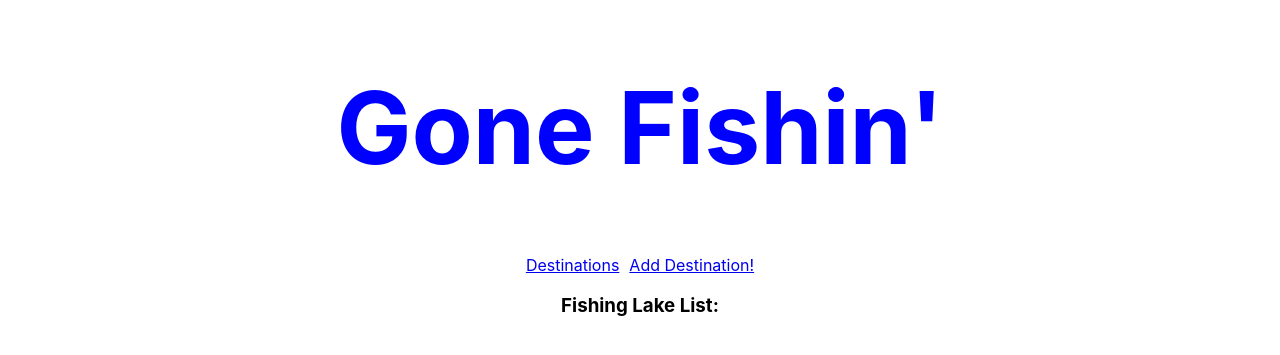
Repository: randysteele/gonefishin-frontend
Page: /destinations (app in gone-fishin-frontend/)
An editor plug-in stored every save of this project. The page is shown before and after the next save, followed by the edit.
The browser window is 1280 px wide. The pictures show the whole page.
The page's requests for data from a server got no answer. The project was rebuilt for these pictures with package versions that can differ from the ones it lists, and the page was loaded fresh each time. No one was signed in, and anything a server would have sent is missing. Also part of the build but not shown: gone-fishin-frontend/src/actions/addDestination.js, gone-fishin-frontend/src/components/DestinationsInput.js, gone-fishin-frontend/src/actions/addFeature.js, gone-fishin-frontend/src/components/FeaturesInput.js, gone-fishin-frontend/src/actions/deleteFeature.js, gone-fishin-frontend/src/components/FeaturesList.js, gone-fishin-frontend/src/containers/FeaturesContainer.js, gone-fishin-frontend/src/actions/editDestination.js and 6 more.

Above is the page before, as saved 2020-08-09 14:52:17.

After the next save:
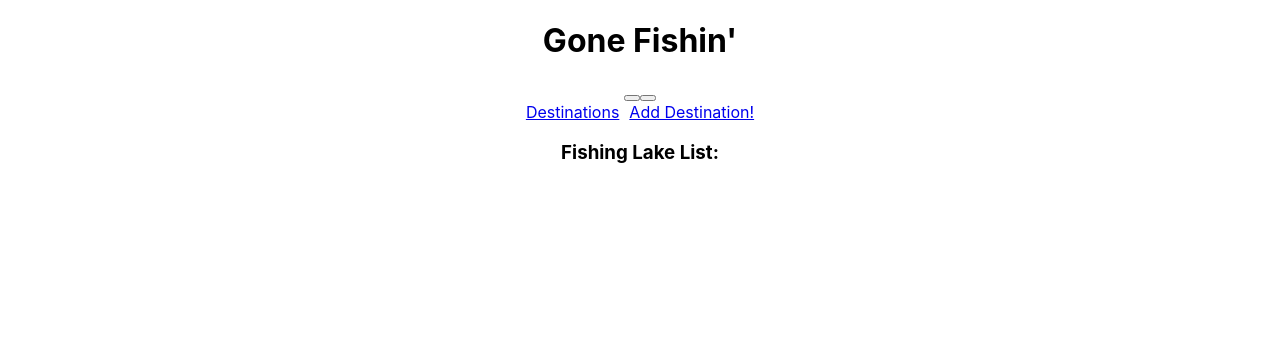
Saved 39 s later.
--- a/gone-fishin-frontend/src/App.js
+++ b/gone-fishin-frontend/src/App.js
@@ -28,8 +28,8 @@ class App extends React.Component {
     return(
       <div className="App" >
         <Title>Gone Fishin'</Title>
-        {/* <Button primary>Primary</Button>
-        <Button>Regular</Button> */}
+        <Button primary></Button>
+        <Button></Button>
       <DestinationsContainer />
       </div>
     )
